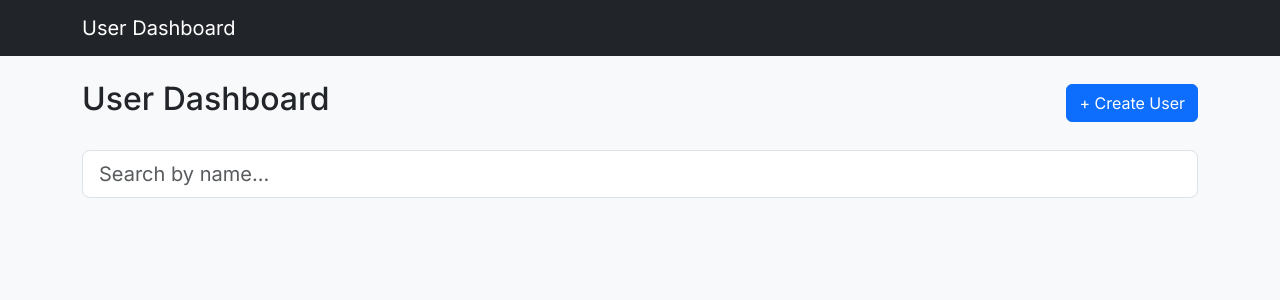
Repository: yugandhar-2003/user_dashboard
Page: /
An editor plug-in stored every save of this project. The page is shown before and after the next save, followed by the edit.
The browser window is 1280 px wide. The pictures show the whole page.
The page's requests for data from a server got no answer. The project was rebuilt for these pictures with package versions that can differ from the ones it lists, and the page was loaded fresh each time. No one was signed in, and anything a server would have sent is missing. Also part of the build but not shown: vite.config.js, src/components/UserCard.jsx, src/pages/CreateUserModal.jsx, src/components/UserDetails.jsx.

Above is the page before, as saved 2025-09-13 12:18:15.

### index.html
<!doctype html>
<html>
<head>
<meta charset="utf-8" />
<meta name="viewport" content="width=device-width, initial-scale=1.0" />
<title>User Dashboard</title>
<!-- Bootstrap CDN for quick styling -->
<link href="https://cdn.jsdelivr.net/npm/bootstrap@5.3.2/dist/css/bootstrap.min.css" rel="stylesheet">
</head>
<body>
<div id="root"></div>
<script type="module" src="/src/main.jsx"></script>
</body>
</html>

### src/main.jsx
import React from 'react'
import { createRoot } from 'react-dom/client'
import { BrowserRouter } from 'react-router-dom'
import App from './App'
import { UserProvider } from './context/UserContext'
import './index.css'

createRoot(document.getElementById('root')).render(
  <React.StrictMode>
    <UserProvider>
      <BrowserRouter>
        <App />
      </BrowserRouter>
    </UserProvider>
  </React.StrictMode>
)

### src/App.jsx
import React from 'react'
import { Routes, Route, Link } from 'react-router-dom'
import Dashboard from './pages/Dashboard'
import UserDetails from './components/UserDetails'

export default function App(){
  return (
    <div>
      <nav className="navbar navbar-expand-lg navbar-dark bg-dark">
        <div className="container">
          <Link to="/" className="navbar-brand">User Dashboard</Link>
        </div>
      </nav>

      <main className="container my-4">
        <Routes>
          <Route path="/" element={<Dashboard/>} />
          <Route path="/user/:id" element={<UserDetails/>} />
        </Routes>
      </main>


    </div>
  )
}

### src/context/UserContext.jsx
import React, { createContext, useContext, useEffect, useState } from 'react'
import axios from 'axios'

const UserContext = createContext()

export function UserProvider({ children }){
  const [users, setUsers] = useState([])
  const [loading, setLoading] = useState(false)

  useEffect(()=>{
    async function fetchUsers(){
      setLoading(true)
      try{
        const res = await axios.get('https://jsonplaceholder.typicode.com/users')
        setUsers(res.data)
      }catch(err){
        console.error(err)
      }finally{
        setLoading(false)
      }
    }
    fetchUsers()
  },[])

  const addUser = (user)=>{
    const id = users.length ? Math.max(...users.map(u=>u.id))+1 : 1
    setUsers(prev=>[...prev, { ...user, id }])
  }

  return (
    <UserContext.Provider value={{ users, addUser, loading }}>
      {children}
    </UserContext.Provider>
  )
}

export function useUsers(){
  return useContext(UserContext)
}

### src/index.css
@import url('https://fonts.googleapis.com/css2?family=Inter:wght@400;500;700&display=swap');

:root {
  --primary-color: #0d6efd;
  --secondary-color: #6c757d;
  --background-color: #f8f9fa;
  --card-background: #ffffff;
  --text-color: #212529;
  --muted-text: #6c757d;
  --border-radius: 0.5rem;
}

body {
  font-family: 'Inter', sans-serif;
  background-color: var(--background-color);
  color: var(--text-color);
}

.user-card {
  border: none;
  border-radius: var(--border-radius);
  transition: transform 0.2s ease-in-out, box-shadow 0.2s ease-in-out;
}

.user-card:hover {
  transform: translateY(-5px);
  box-shadow: 0 0.5rem 1rem rgba(0, 0, 0, 0.1) !important;
}

.user-card .avatar {
  width: 50px;
  height: 50px;
  border-radius: 30%;
  background-color: pink;
  color: white;
  display: flex;
  align-items: center;
  justify-content: center;
  font-size: 1.4rem;
  font-weight: 4800;
}

.user-card .card-title {
  font-weight: 470;
}

.btn-primary {
  background-color: var(--primary-color);
  border-color: var(--primary-color);
}

.btn-primary:hover {
  opacity: 0.9;
}

### src/pages/Dashboard.jsx
import React, { useMemo, useState } from 'react'
import { useUsers } from '../context/UserContext'
import UserCard from '../components/UserCard'
import CreateUserModal from './CreateUserModal'

export default function Dashboard(){
  const { users, loading } = useUsers()
  const [query, setQuery] = useState('')
  const [showCreate, setShowCreate] = useState(false)

  const filtered = useMemo(()=>{
    const q = query.trim().toLowerCase()
    if(!q) return users
    return users.filter(u=>u.name.toLowerCase().includes(q))
  }, [users, query])

  return (
    <div>
      <div className="d-flex justify-content-between align-items-center mb-4">
        <h1 className="h2">User Dashboard</h1>
        <button className="btn btn-primary" onClick={()=>setShowCreate(true)}>+ Create User</button>
      </div>

      <div className="mb-4">
        <input
          className="form-control form-control-lg"
          placeholder="Search by name..."
          value={query}
          onChange={e=>setQuery(e.target.value)}
        />
      </div>

      {loading ? (
        <div className="text-center">
          <div className="spinner-border text-primary" role="status">
            <span className="visually-hidden">Loading...</span>
          </div>
          <p className="mt-2">Loading users...</p>
        </div>
      ) : (
        <div className="row">
          {filtered.map(user=> (
            <div key={user.id} className="col-12 col-md-6 col-lg-4 mb-4">
              <UserCard user={user} />
            </div>
          ))}
        </div>
      )}

      {showCreate && <CreateUserModal onClose={()=>setShowCreate(false)} />}
    </div>
  )
}

After the next save:
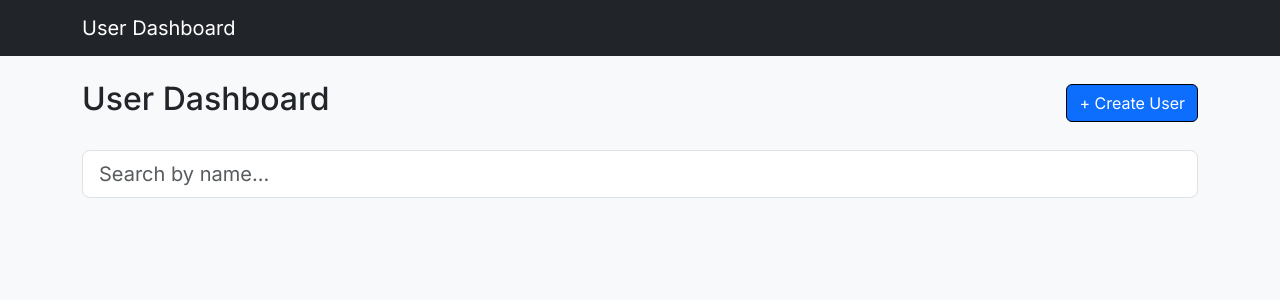
Saved 43 s later.
--- a/src/index.css
+++ b/src/index.css
@@ -46,7 +46,7 @@ body {
 
 .btn-primary {
   background-color: var(--primary-color);
-  border-color: var(--primary-color);
+  border-color: black;
 }
 
 .btn-primary:hover {
